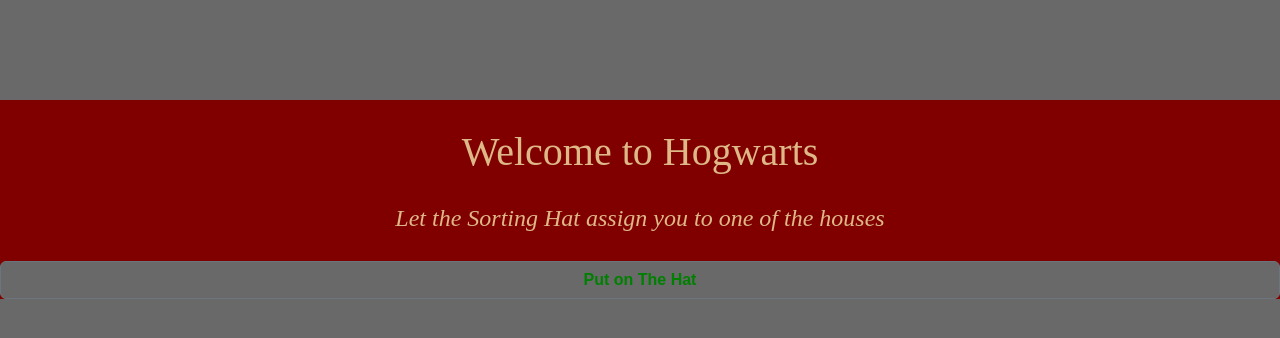
Repository: fernandabenavides618nash/INDIVIDUAL-PROJECT-sorting-hat
Page: index.html
These files come from the project's save history. The page is drawn as it stood at one moment and after the next save; the edit follows.
The browser window is 1280 px wide. The pictures show the whole page.

Above is the page before, as saved 2023-05-04 14:46:49.

After the next save:
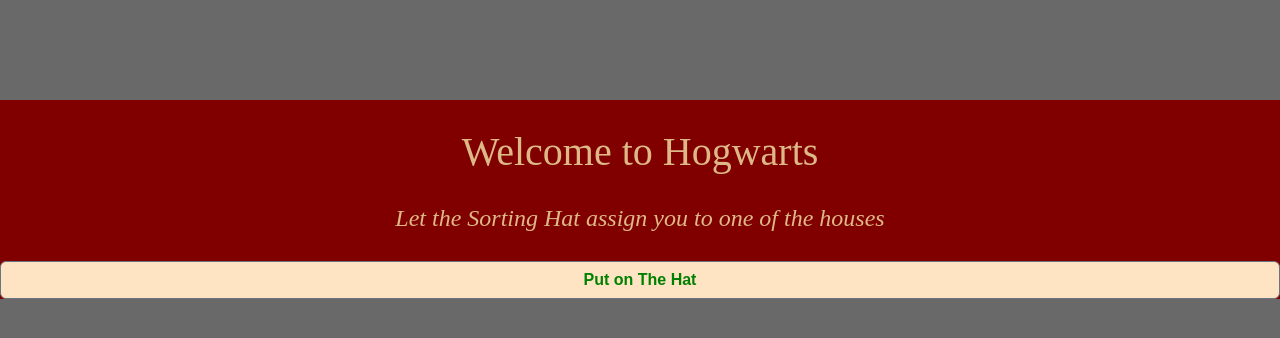
Saved 17 s later.
--- a/main.css
+++ b/main.css
@@ -31,5 +31,5 @@
   color: green;
   font-family: sans-serif;
   font-weight: bolder;
-  background-color:dimgrey
+  background-color:bisque
 }
